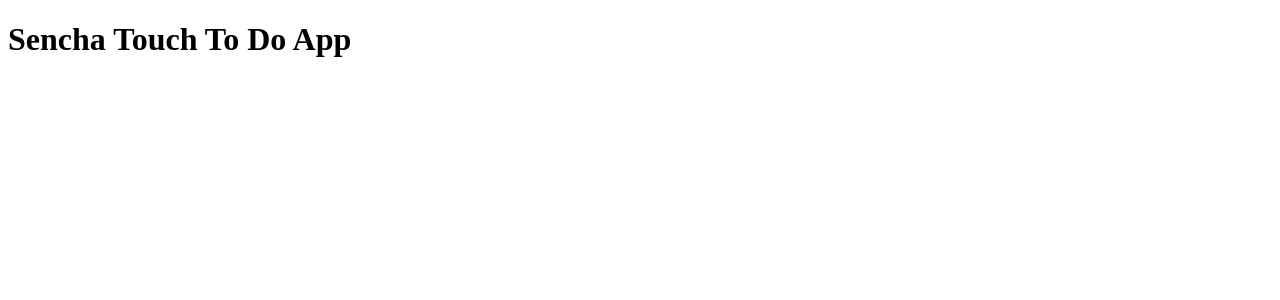
Repository: HILOLT/phonegap-demo
Page: Android/workspace/TODOList/assets/www/index.html
The author's editor kept a copy of each file at every save. The page is drawn from the files as they stood at one save, then again after the next save.
The browser window is 1280 px wide. The pictures show the whole page.

Above is the page before, as saved 2012-08-23 08:28:53.

### Android/workspace/TODOList/assets/www/index.html
<!DOCTYPE html>
<html>
<head>
<meta charset="utf-8">
<script src="cordova-2.0.0.js"></script>
</head>

<body>
<h1>Sencha Touch To Do App</h1>
</body>
</html>

Loaded but not shown: Android/workspace/TODOList/assets/www/cordova-2.0.0.js (library)

After the next save:
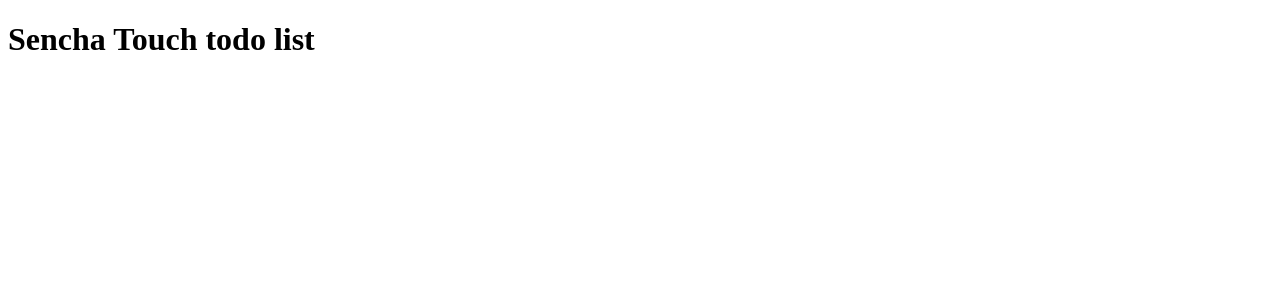
Saved 67 s later.
--- a/Android/workspace/TODOList/assets/www/index.html
+++ b/Android/workspace/TODOList/assets/www/index.html
@@ -1,11 +1,12 @@
 <!DOCTYPE html>
 <html>
 <head>
+<title>Sencha Touch todo list</title>
 <meta charset="utf-8">
 <script src="cordova-2.0.0.js"></script>
 </head>
 
 <body>
-<h1>Sencha Touch To Do App</h1>
+<h1>Sencha Touch todo list</h1>
 </body>
 </html>
